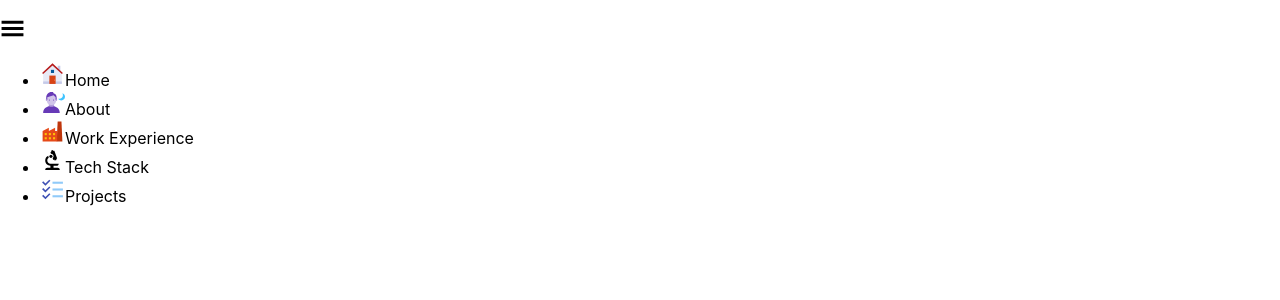
Repository: Laoye99/portfolio
Page: /
The author's editor kept a copy of each file at every save. The page is drawn from the files as they stood at one save, then again after the next save.
The browser window is 1280 px wide. The pictures show the whole page.
The project was rebuilt for these pictures with package versions that can differ from the ones it lists, and the page was loaded fresh each time. Also part of the build but not shown: src/App.css.

Above is the page before, as saved 2024-02-13 10:02:31.

### src/App.js
import './App.css';
import { createContext, useState } from 'react';
import ScrollToTop from 'react-scroll-to-top';
import Navbar from './components/Navbar';

export const ThemeContext = createContext(null);

const App = () => {
  const [theme, setTheme] = useState("light");

  const changeTheme = () => {
    setTheme((prev) => (prev === "light" ? "dark" : "light"));
  };
  return (
    <ThemeContext.Provider value={{ theme, changeTheme }}>
    <div id={theme}>
    <Navbar/>
    </div>
    <ScrollToTop
    top="200"
    smooth
    height="20"
    width="20"
    color="white"
    style={{ borderRadius: "90px ", backgroundColor: "#38004c" }}
    />
    </ThemeContext.Provider>
  );
}

export default App;

### src/components/Navbar.js
import { useState } from "react";
import {GiHamburgerMenu} from "react-icons/gi";
import { Link } from "react-scroll";
import {
    FcHome,
    FcNightPortrait,
    FcFactory,
    FcTodoList } from "react-icons/fc";
import {MdBiotech, } from "react-icons/md"


const Navbar = () => {
    const [open, setOpen] = useState(false);

    const handleClick = () => {
        setOpen(!open);
    };
    return(
        <div className="navbar">
        <div className="navbar-header">
        <p>
        <GiHamburgerMenu size={25} onClick={handleClick} />
        </p>
        <div className="nav">
        <ul>
        <li className="nav-item">
        <Link
        to="home"
        spy={true}
        smooth={true}
        duration={100}
        offset={-100}
        >
        <FcHome size={25}/>
        Home
        </Link>
        </li>
        <li className="nav-item">
        <Link
        to="about"
        spy={true}
        smooth={true}
        duration={100}
        offset={-100}
        >
        <FcNightPortrait size={25}/>
        About
        </Link>
        </li>
        <li className="nav-item">
        <Link
        to="project"
        spy={true}
        smooth={true}
        duration={100}
        offset={-100}
        >
        <FcFactory size={25}/>
        Work Experience
        </Link>
        </li>
        <li className="nav-item">
        <Link
        to="stack"
        spy={true}
        smooth={true}
        duration={100}
        offset={-100}
        >
        <MdBiotech size={25} color='#000000'/>
        Tech Stack
        </Link>
        </li>
        <li className="nav-item">
        <Link
        to="project"
        spy={true}
        smooth={true}
        duration={100}
        offset={-100}
        >
        <FcTodoList size={25} color='#000000'/>
        Projects
        </Link>
        </li>
        </ul>
        </div>
        </div>
        </div>
    );

};

export default Navbar;

Loaded but not shown: public/index.html (common file); src/index.js (common file); src/index.css (common file); src/reportWebVitals.js (common file)

After the next save:
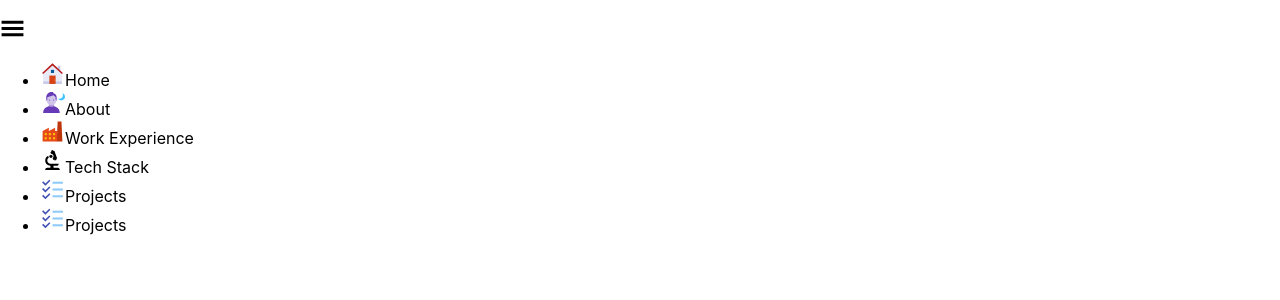
Saved 84 s later.
--- a/src/components/Navbar.js
+++ b/src/components/Navbar.js
@@ -83,6 +83,18 @@ const Navbar = () => {
         Projects
         </Link>
         </li>
+        <li className="nav-item">
+        <Link
+        to="project"
+        spy={true}
+        smooth={true}
+        duration={100}
+        offset={-100}
+        >
+        <FcTodoList size={25} color='#000000'/>
+        Projects
+        </Link>
+        </li>
         </ul>
         </div>
         </div>
